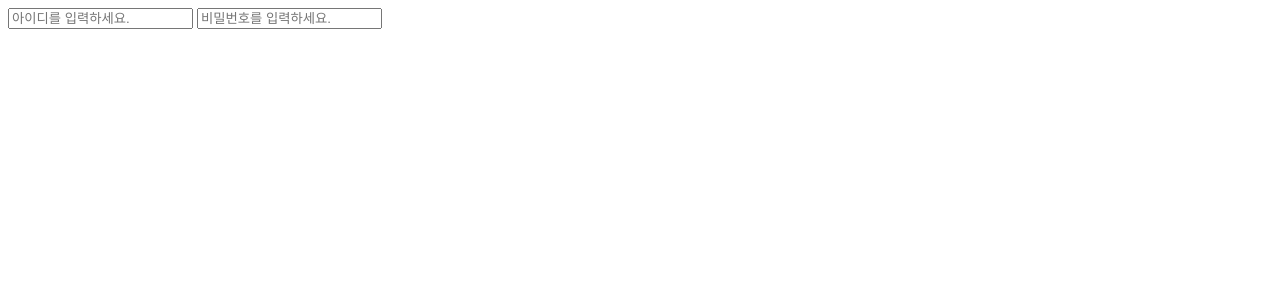
Repository: Andante8989/jsp_practice
Page: http://localhost/JSPBasic/jspobject/session/session_login_form.jsp
These files come from the project's save history. The page is drawn as it stood at one moment and after the next save; the edit follows.
The browser window is 1280 px wide. The pictures show the whole page.
The page is served by Tomcat 9.

Above is the page before, as saved 2022-03-29 12:17:42.

### JSPBasic/src/main/webapp/jspobject/session/session_login_form.jsp
<%@ page language="java" contentType="text/html; charset=UTF-8"
    pageEncoding="UTF-8"%>
<!DOCTYPE html>
<html>
<head>
<meta charset="UTF-8">
<title>Insert title here</title>
</head>
<body>
<form action="http://localhost:8181/JSPBasic/jspobject/session/session_login_check.jsp">
	<input type="text" name="id" placeholder="아이디를 입력하세요.">
	<input type="password" name="pw" placeholder="비밀번호를 입력하세요.">
</form>
</body>
</html>

After the next save:
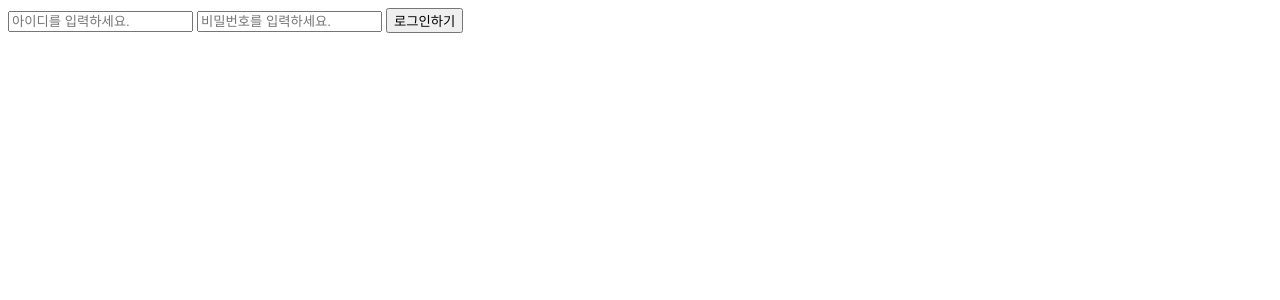
Saved 31 s later.
--- a/JSPBasic/src/main/webapp/jspobject/session/session_login_form.jsp
+++ b/JSPBasic/src/main/webapp/jspobject/session/session_login_form.jsp
@@ -10,6 +10,7 @@
 <form action="http://localhost:8181/JSPBasic/jspobject/session/session_login_check.jsp">
 	<input type="text" name="id" placeholder="아이디를 입력하세요.">
 	<input type="password" name="pw" placeholder="비밀번호를 입력하세요.">
+	<input type="submit" value="로그인하기">
 </form>
 </body>
 </html>
